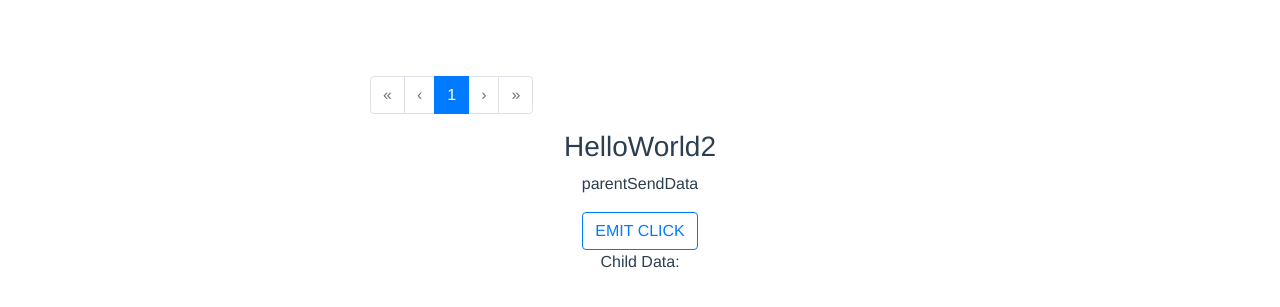
Repository: iian0910/bootstrapVue-demo
Page: /
These files come from the project's save history. The page is drawn as it stood at one moment and after the next save; the edit follows.
The browser window is 1280 px wide. The pictures show the whole page.
The page's requests for data from a server got no answer. The project was rebuilt for these pictures with package versions that can differ from the ones it lists, and the page was loaded fresh each time. No one was signed in, and anything a server would have sent is missing.

Above is the page before, as saved 2021-04-26 12:28:30.

After the next save:
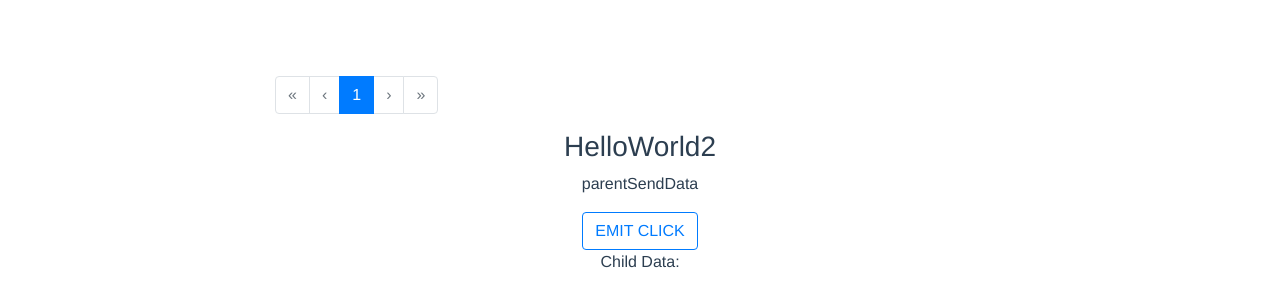
Saved 10 s later.
--- a/src/components/HelloWorld.vue
+++ b/src/components/HelloWorld.vue
@@ -2,7 +2,7 @@
   <div>
     <div class="container">
       <div class="row">
-        <div class="col-6 offset-3">
+        <div class="col-8 offset-2">
           <!-- Table: 基本款 -->
           <!-- <b-table striped hover :items="sliceDate"></b-table> -->
 
